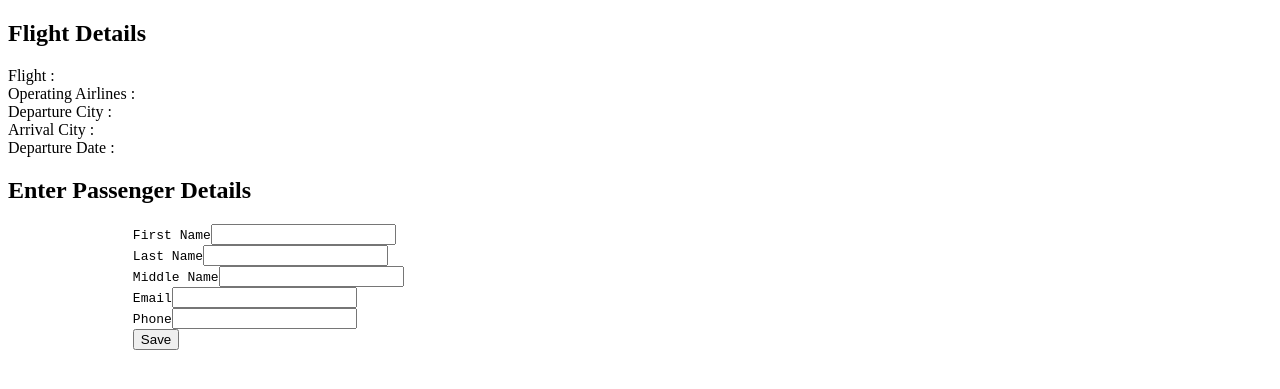
Repository: Jitu2319/Spring-Boot-repository
Page: http://localhost/Flight_Reservation_app/WEB-INF/jsps/showreservation.jsp
The author's editor kept a copy of each file at every save. The page is drawn from the files as they stood at one save, then again after the next save.
The browser window is 1280 px wide. The pictures show the whole page.
The page is served by Tomcat 9. Nobody is signed in. Other server files are loaded and not shown. The template is opened directly, without the code that normally fills it, so the values that code supplies are empty.

Above is the page before, as saved 2022-08-27 16:16:51.

### Flight_Reservation_app/src/main/webapp/WEB-INF/jsps/showreservation.jsp
<%@ page language="java" contentType="text/html; charset=ISO-8859-1"
	pageEncoding="ISO-8859-1"%>
<!DOCTYPE html>
<html>
<head>
<meta charset="ISO-8859-1">
<title>Reservation Details</title>
</head>
<body>
	<h2>Flight Details</h2>
	Flight :${flight.flightNumber}
	</br> Operating Airlines :${flight.operatingAirlines}
	</br> Departure City :${flight.departureCity}
	</br> Arrival City :${flight.arrivalCity}
	</br> Departure Date :${flight.dateOfDeparture}
	</br>
	<h2>Enter Passenger Details</h2>

	<form>
		<pre>
		First Name<input type="text" name="firstName" />
		Last Name<input type="text" name="lastName" />
		Middle Name<input type="text" name="middleName" />
		Email<input type="text" name="Email" />
		Phone<input type="text" name="phone" />
		<input type="submit" value="Save" />

		</pre>
	</form>
</body>
</html>

After the next save:
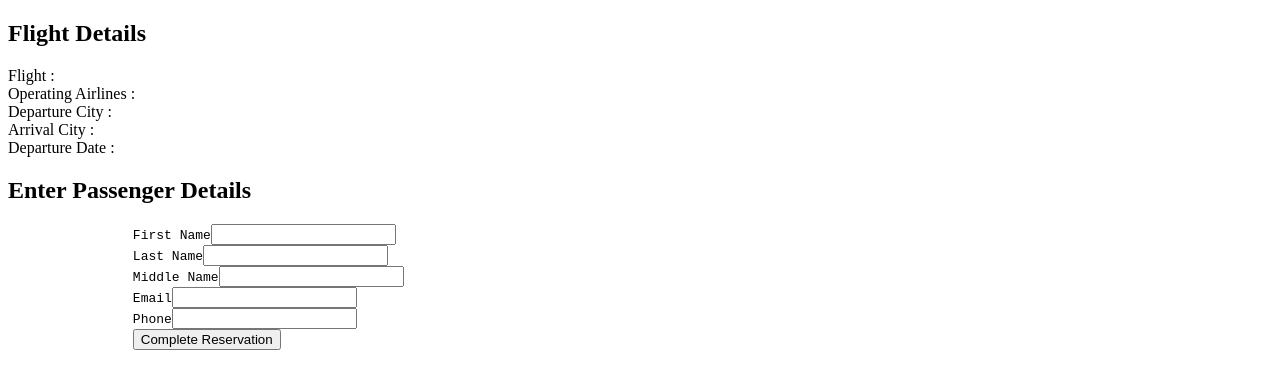
Saved 25 s later.
--- a/Flight_Reservation_app/src/main/webapp/WEB-INF/jsps/showreservation.jsp
+++ b/Flight_Reservation_app/src/main/webapp/WEB-INF/jsps/showreservation.jsp
@@ -23,7 +23,7 @@
 		Middle Name<input type="text" name="middleName" />
 		Email<input type="text" name="Email" />
 		Phone<input type="text" name="phone" />
-		<input type="submit" value="Save" />
+		<input type="submit" value="Complete Reservation" />
 
 		</pre>
 	</form>
